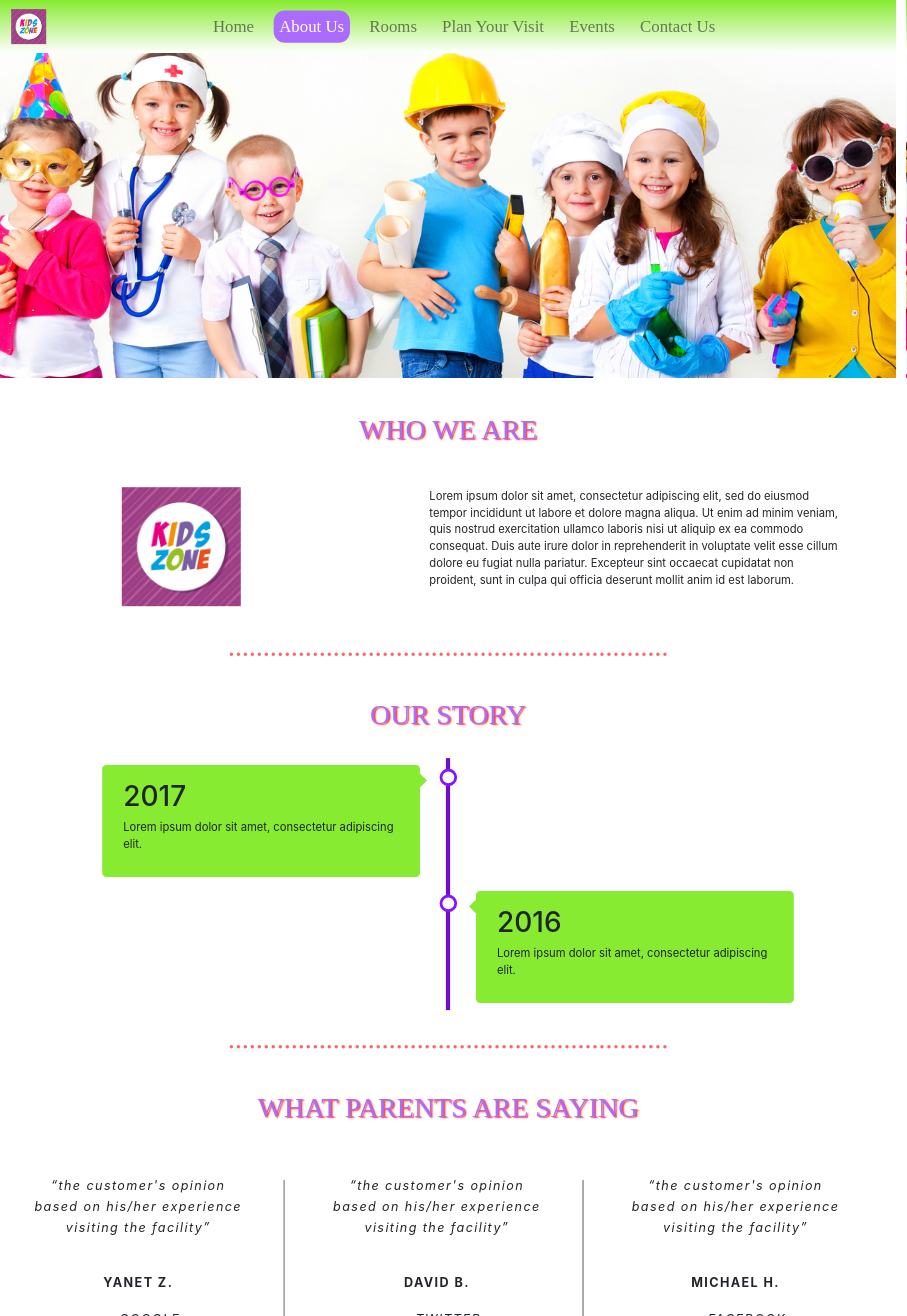
Repository: Code-Institute-Submissions/my-first-frontend-milestone-project
Page: about.html
The author's editor kept a record of every edit. The page is drawn from the files as they stood at one moment, then again after the next edit.
The browser window is 1280 px wide. The page is 1280 px wide, then 1295 px, so the pictures cover 1295 px, including what lies to the right of the window. The pictures show the part of the page from y = 0 to 1880 px (the page is 2140 px tall before and 2760 px after), at 70% of full size.
Some web fonts or font styles are not loaded; a fallback is used.

Above is the page before.

After the next edit:
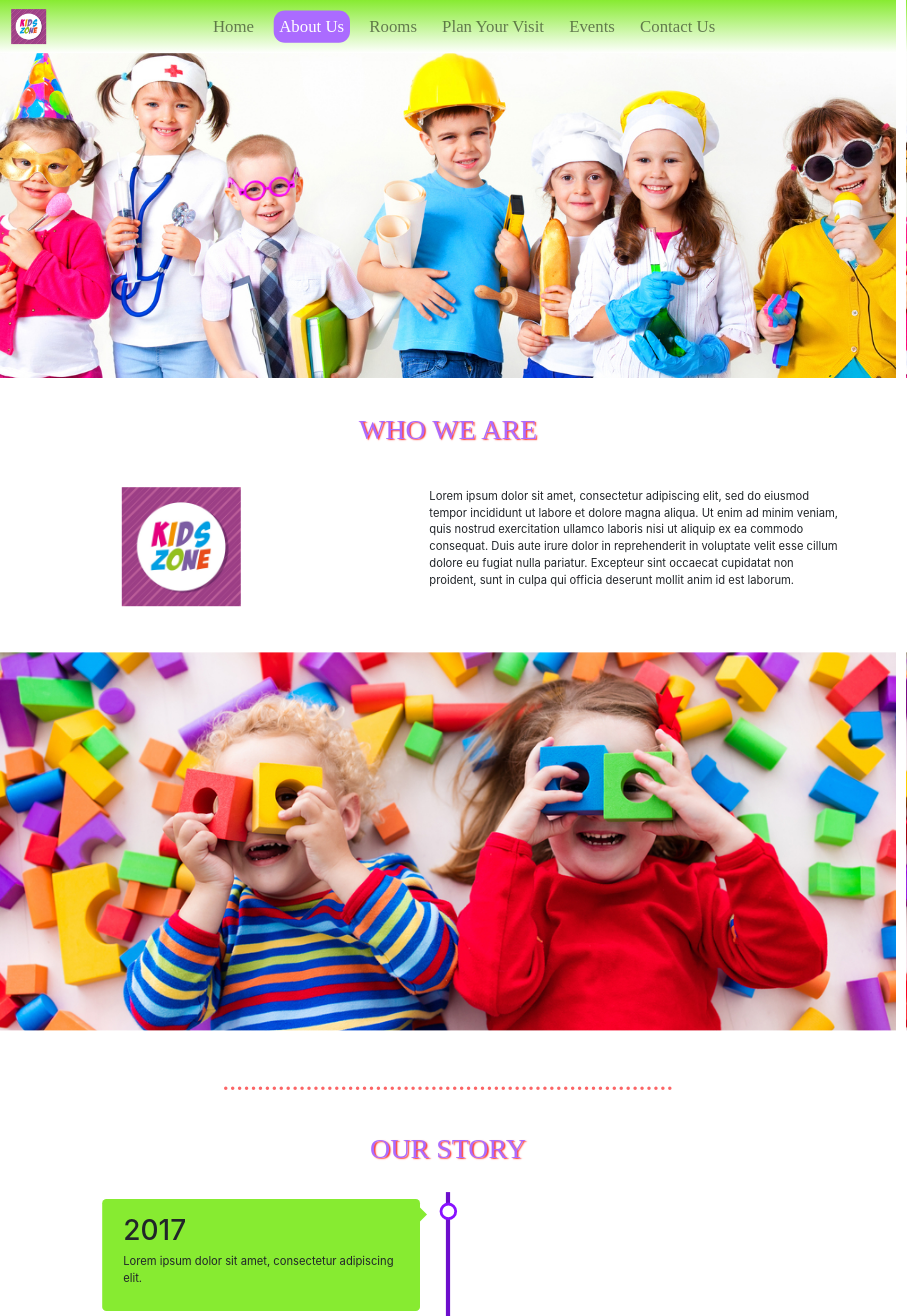
The edit:
--- a/about.html
+++ b/about.html
@@ -70,6 +70,10 @@
                         Duis aute irure dolor in reprehenderit in voluptate velit esse cillum dolore eu fugiat nulla pariatur. Excepteur sint occaecat cupidatat non proident, sunt in culpa qui officia deserunt mollit anim id est laborum.</p>
                 </div>
             </div>
+            <div class="row">
+                <div class="col-12 banner-center"></div>
+            </div>
+        </div>
             <div class="row">
                 <div class="col-md">
                     <div class="dotted-separator">
